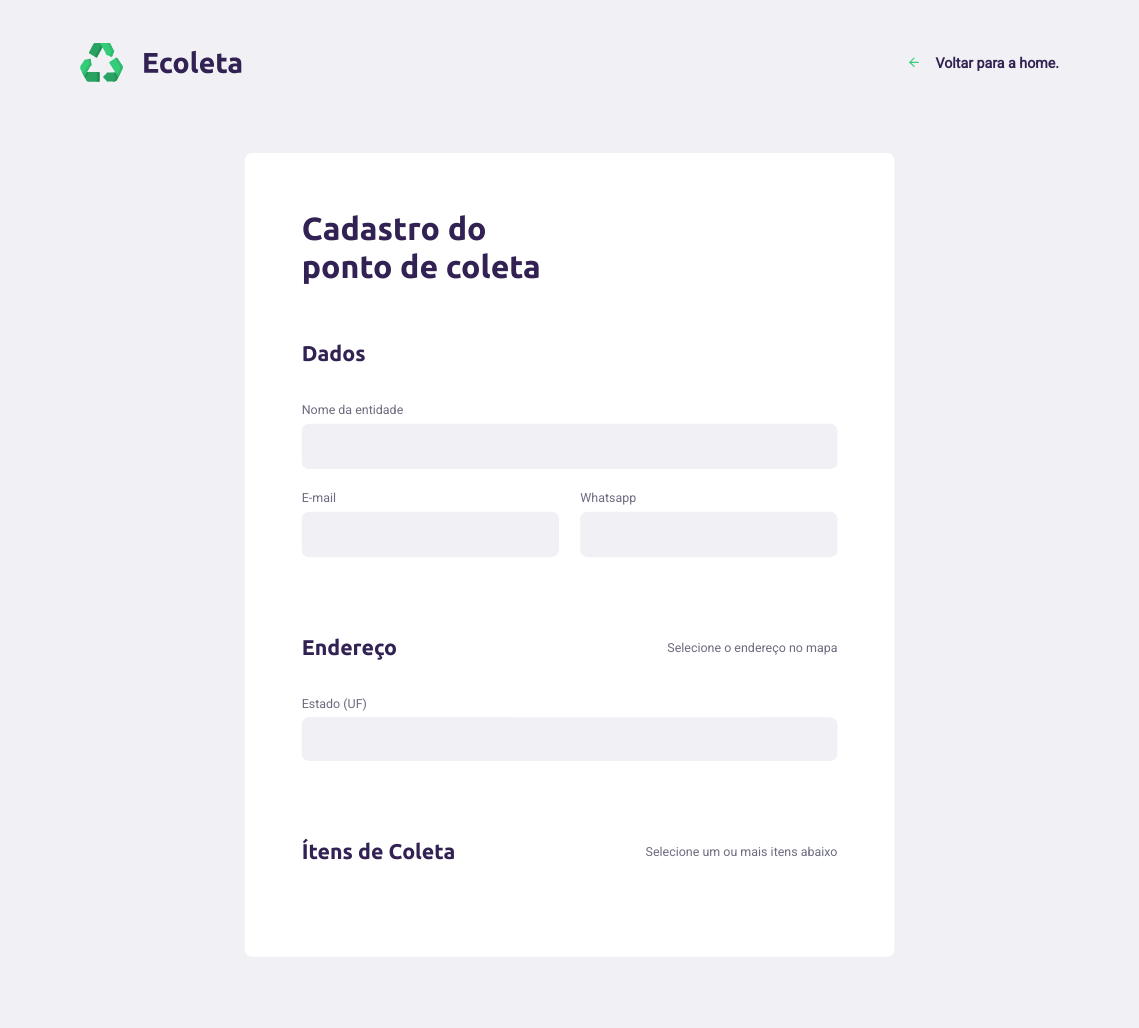
Repository: DavidSamerson/NLW_treinamento_2020
Page: /CreatePoint (app in webapp/)
An editor plug-in stored every save of this project. The page is shown before and after the next save, followed by the edit.
The browser window is 1280 px wide. The pictures show the whole page, at 89% of full size.
The project was rebuilt for these pictures with package versions that can differ from the ones it lists, and the page was loaded fresh each time. Also part of the build but not shown: webapp/src/pages/Home/styles.css, webapp/src/pages/Home/index.tsx.

Above is the page before, as saved 2020-06-16 15:26:58.

After the next save:
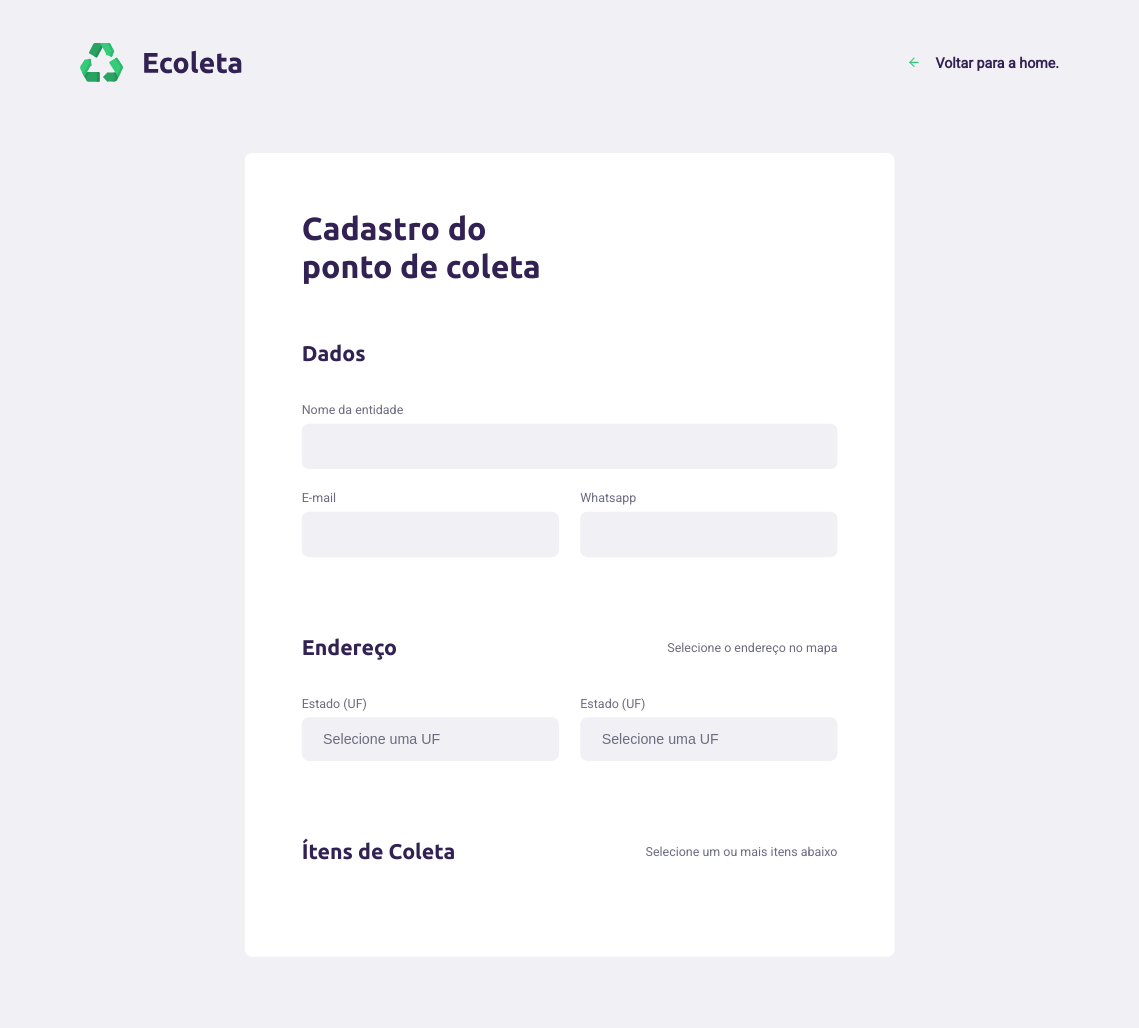
Saved 57 s later.
--- a/webapp/src/pages/CreatePoint/index.tsx
+++ b/webapp/src/pages/CreatePoint/index.tsx
@@ -65,13 +65,25 @@ const CreatePoint = () => {
                     </legend>
 
                     <div className="field-group">
+
                         <div className="field">
                             <label htmlFor="uf">
                                 Estado (UF)
                             </label>
                             <select name="uf" id="uf">
+                            <option value="0">Selecione uma UF</option>
                             </select>
                         </div>
+
+                        <div className="field">
+                            <label htmlFor="cidade">
+                                Estado (UF)
+                            </label>
+                            <select name="cidade" id="cidade">
+                            <option value="0">Selecione uma UF</option>
+                            </select>
+                        </div>
+
                     </div>
                 </fieldset>
 
